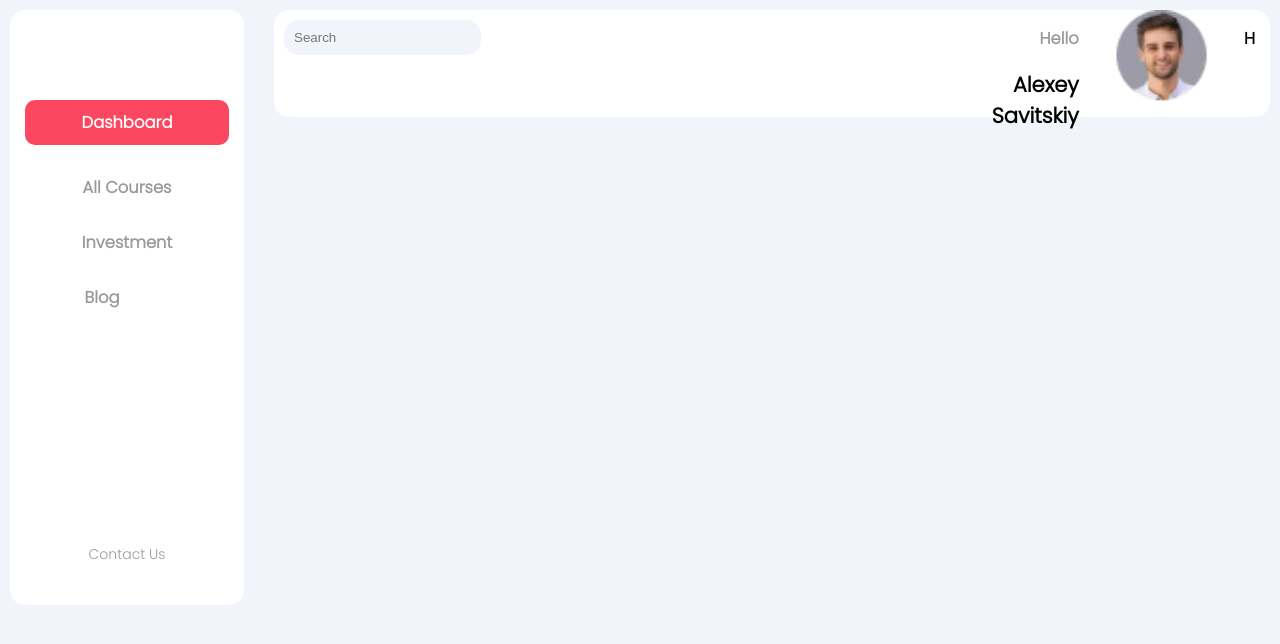
Repository: Anuruddha00/dashboard-design
Page: /
These files come from the project's save history. The page is drawn as it stood at one moment and after the next save; the edit follows.
The browser window is 1280 px wide. The pictures show the whole page.
The project was rebuilt for these pictures with package versions that can differ from the ones it lists, and the page was loaded fresh each time.

Above is the page before, as saved 2021-05-07 01:11:30.

After the next save:
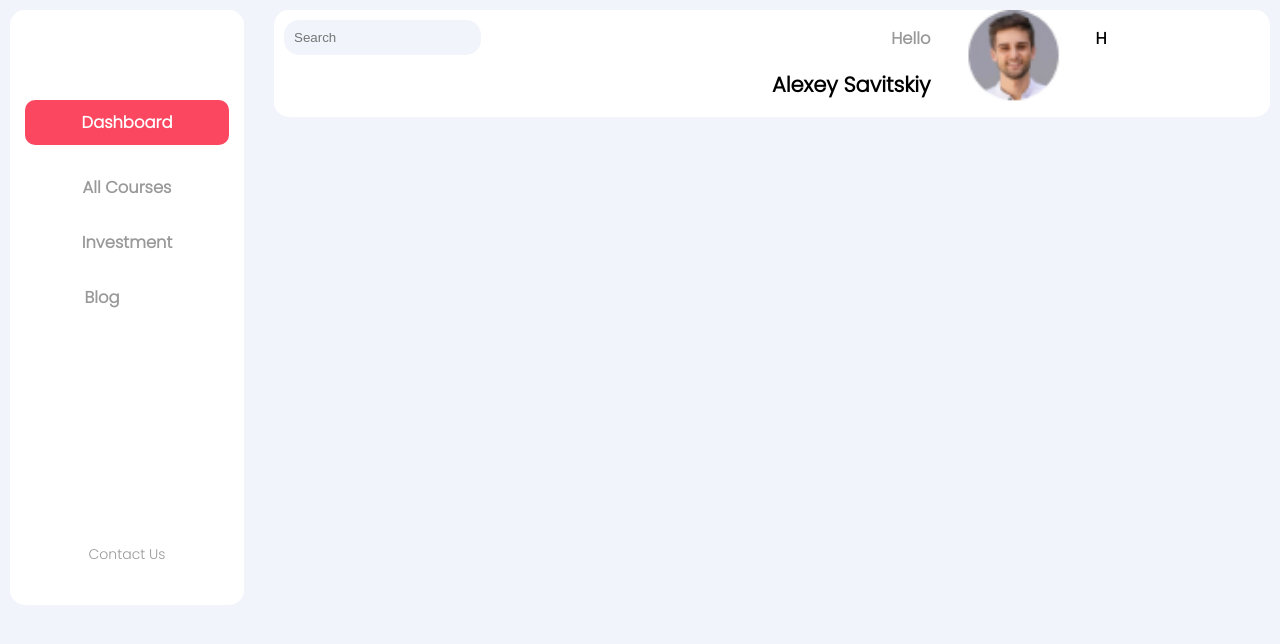
Saved 51 s later.
--- a/src/containers/Dashboard/Dashboard.scss
+++ b/src/containers/Dashboard/Dashboard.scss
@@ -76,8 +76,8 @@ body{
                 gap:10px;
 
                 &Navbar{
-                    display: flex;
-                    justify-content: space-between;
+                    display: grid;
+                    grid-template-columns: 1fr 1fr;
                     background: #ffffff;
                     border-radius: 15px;
 

After the save that followed:
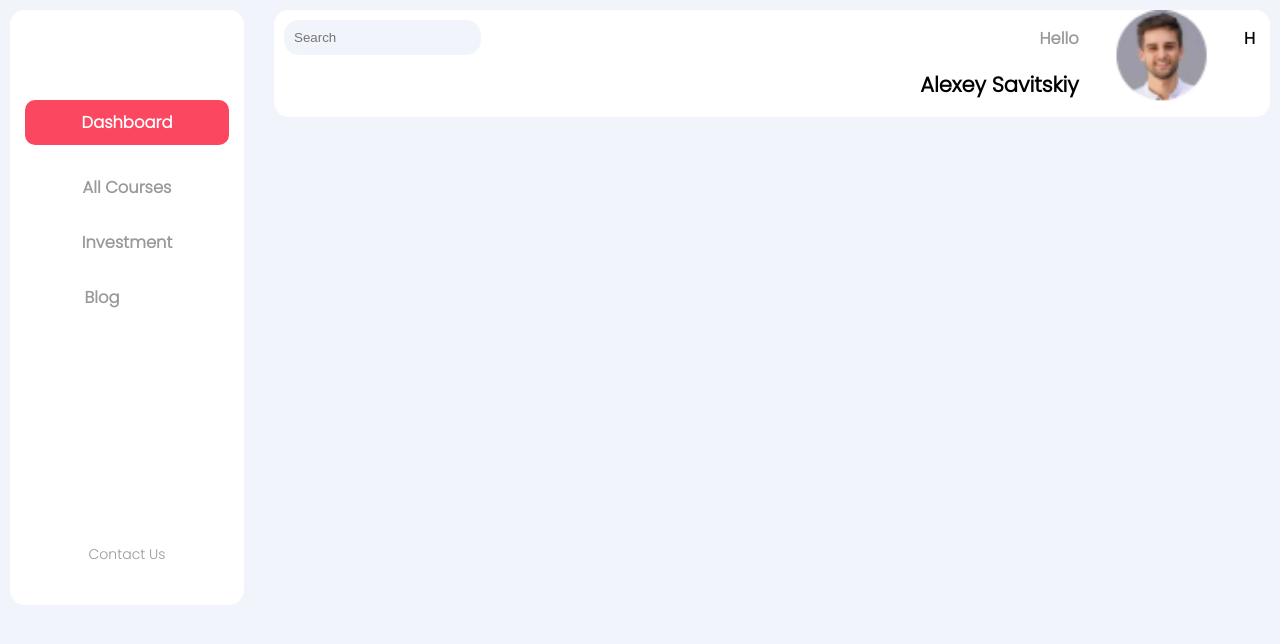
Saved 73 s later.
--- a/src/containers/Dashboard/Dashboard.scss
+++ b/src/containers/Dashboard/Dashboard.scss
@@ -94,6 +94,8 @@ body{
                     &Profile{
                         display: flex;
                         flex-direction: row;
+                        justify-content: end;
+
                         gap: 2em;
                         margin-right: 15px;
 
